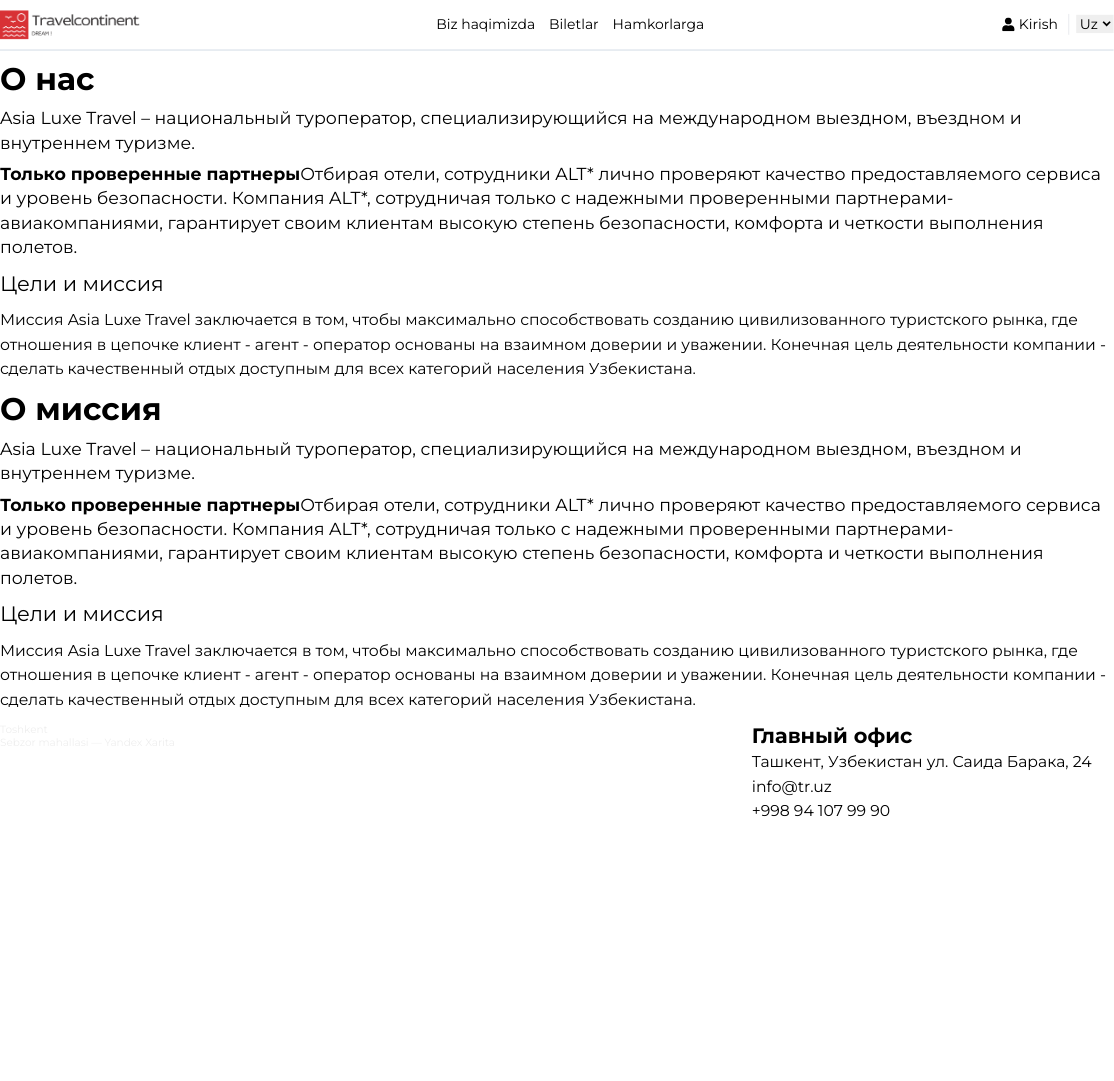
Repository: ziyodbek0300/avia-sales_
Page: /about-us
An editor plug-in stored every save of this project. The page is shown before and after the next save, followed by the edit.
The browser window is 1280 px wide. The pictures show the whole page, at 87% of full size.
The project was rebuilt for these pictures with package versions that can differ from the ones it lists, and the page was loaded fresh each time. Also part of the build but not shown: src/containers/home/Home.jsx.

Above is the page before, as saved 2022-06-04 00:53:35.

### src/index.js
import React from 'react';
import ReactDOM from 'react-dom/client';
import './index.scss';
import App from './App';
import { BrowserRouter } from 'react-router-dom';

// Import the functions you need from the SDKs you need
import { initializeApp } from "firebase/app";

const firebaseConfig = {
  apiKey: "AIzaSyCh8iVwHAk4edTRMCTfsixFgQGgbxiQ__o",
  authDomain: "travelcontinent-6deec.firebaseapp.com",
  projectId: "travelcontinent-6deec",
  storageBucket: "travelcontinent-6deec.appspot.com",
  messagingSenderId: "267962106998",
  appId: "1:267962106998:web:0326271bfbdab5676e8b57"
};

// Initialize Firebase
const app = initializeApp(firebaseConfig);
const root = ReactDOM.createRoot(document.getElementById('root'));
root.render(
  <React.StrictMode>
    <BrowserRouter>
      <App />
    </BrowserRouter>
  </React.StrictMode>
)

### src/index.scss
@tailwind base;
@tailwind components;
@tailwind utilities;
// font by google fonts
@import url('https://fonts.googleapis.com/css2?family=Montserrat:ital,wght@0,100;0,200;0,300;0,400;0,500;0,600;0,700;0,800;0,900;1,100;1,200;1,300;1,400;1,500;1,600;1,700;1,800;1,900&display=swap');

* {
  font-family: 'Montserrat', sans-serif;
}

code {
  font-family: source-code-pro, Menlo, Monaco, Consolas, 'Courier New',
    monospace;
}

.card-filter-courses {
  top: 5rem !important;
}

.card {
  grid-row: 1 / 3;
  background-size: cover;
  background-repeat: no-repeat;
}

/*main courses */
.main-courses {
  display: grid;
  grid-template-columns: 1fr 1fr;
  grid-template-rows: 10rem 10rem;
  grid-gap: 1rem;
}

.main-courses div:first-child {
  grid-row: 1 / 3;
}

.main-courses div {
  background-repeat: no-repeat;
  background-size: cover;
  background-image: linear-gradient(rgba(0, 0, 0, 0.1), rgba(0, 0, 0, 0.1));
  color: #fff;
}

.bg-custom {
  background: #f4f8fa !important;
}

### src/App.js
import { Route, Routes } from "react-router-dom";
import Navbar from "./components/navbar/Navbar";
import About from "./containers/about/About";
import Home from "./containers/home/Home";

function App() {
  return (
    <div>
      <Navbar />
      <Routes>
        <Route path="/" element={<Home />} />
        <Route path="/about-us" element={<About />} />
      </Routes>
    </div>
  );
}

export default App;

### src/components/navbar/Navbar.jsx
import React from 'react'
import { FaUser } from 'react-icons/fa';
import { NavLink } from 'react-router-dom';
import Logo from '../../static/images/logo.png'

function Navbar() {
    return (
        <div className='border-b border-b-slate-300 py-3'>
            <nav className=' flex justify-between items-center max-w-7xl mx-auto'>
                <div className="logo">
                    <img src={Logo} className="w-40" alt="logo" />
                </div>
                <ul className='flex gap-4'>
                    <li>
                        <NavLink to='/about-us'>Biz haqimizda</NavLink>
                    </li>
                    <li>Biletlar</li>
                    <li>Hamkorlarga</li>
                </ul>
                <ul className='flex gap-2'>
                    <li className='flex items-center border-r pr-3'>
                        <FaUser />&nbsp;Kirish
                    </li>
                    <li>
                        <select name="lang" id="lang" className='border-slate-500'>
                            <option value="uz">Uz</option>
                            <option value="uz">Ru</option>
                            <option value="uz">En</option>
                        </select>
                    </li>
                </ul>
            </nav>
        </div>
    )
}

export default Navbar

### src/containers/about/About.jsx
import React from 'react'

function About() {
    return (
        <div className='max-w-7xl mx-auto'>
            <div className='my-3'>
                <p className='text-4xl font-bold mb-3'>О нас</p>
                <p className='text-xl mb-2'>
                    Asia Luxe Travel – национальный туроператор, специализирующийся на международном выездном, въездном и внутреннем туризме.
                </p>
                <p className='text-xl'>
                    <b>Только проверенные партнеры</b>
                    Отбирая отели, сотрудники ALT* лично проверяют качество предоставляемого сервиса и уровень безопасности. Компания ALT*, сотрудничая только с надежными проверенными партнерами-авиакомпаниями, гарантирует своим клиентам высокую степень безопасности, комфорта и четкости выполнения полетов.
                </p>
                <p className='text-2xl font-normal my-3'>Цели и миссия</p>
                <p className='text-lg'>
                    Миссия Asia Luxe Travel заключается в том, чтобы максимально способствовать созданию цивилизованного туристского рынка, где отношения в цепочке клиент - агент - оператор основаны на взаимном доверии и уважении. Конечная цель деятельности компании - сделать качественный отдых доступным для всех категорий населения Узбекистана.
                </p>
            </div>
            <div className='my-3'>
                <p className='text-4xl font-bold mb-3'>О миссия</p>
                <p className='text-xl mb-2'>
                    Asia Luxe Travel – национальный туроператор, специализирующийся на международном выездном, въездном и внутреннем туризме.
                </p>
                <p className='text-xl'>
                    <b>Только проверенные партнеры</b>
                    Отбирая отели, сотрудники ALT* лично проверяют качество предоставляемого сервиса и уровень безопасности. Компания ALT*, сотрудничая только с надежными проверенными партнерами-авиакомпаниями, гарантирует своим клиентам высокую степень безопасности, комфорта и четкости выполнения полетов.
                </p>
                <p className='text-2xl font-normal my-3'>Цели и миссия</p>
                <p className='text-lg'>
                    Миссия Asia Luxe Travel заключается в том, чтобы максимально способствовать созданию цивилизованного туристского рынка, где отношения в цепочке клиент - агент - оператор основаны на взаимном доверии и уважении. Конечная цель деятельности компании - сделать качественный отдых доступным для всех категорий населения Узбекистана.
                </p>
            </div>
            <div className='my-3 grid grid-cols-3 gap-4'>
                <div className='col-start-1 col-end-3 w-full' style={{ position: "relative", overflow: "hidden" }}><a className='w-full' href="https://yandex.com/maps/10335/tashkent/?utm_medium=mapframe&utm_source=maps" style={{ color: "#eee", fontSize: "12px", position: "absolute", top: "0px" }}>Toshkent</a><a href="https://yandex.com/maps/10335/tashkent/?ll=69.252730%2C41.330730&mode=whatshere&utm_medium=mapframe&utm_source=maps&whatshere%5Bpoint%5D=69.248940%2C41.333729&whatshere%5Bzoom%5D=14.18&z=14.18" style={{ color: "#eee", fontSize: "12px", position: "absolute", top: "14px" }} className="w-full">Sebzor mahallasi — Yandex Xarita</a><iframe className='w-full' src="https://yandex.com/map-widget/v1/-/CCUJu-CGwD" width="560" height="400" frameBorder="1" allowFullScreen={true} style={{ position: "relative" }}></iframe></div>
                <div className='flex flex-col'>
                    <p className='text-2xl font-bold'>Главный офис</p>
                    <p className='text-lg'>Ташкент, Узбекистан ул. Саида Барака, 24</p>
                    <p className='text-lg'>info@tr.uz</p>
                    <p className='text-lg'>+998 94 107 99 90</p>
                </div>
            </div>
        </div>
    )
}

export default About

Loaded but not shown: public/index.html (common file); tailwind.config.js (common file)

After the next save:
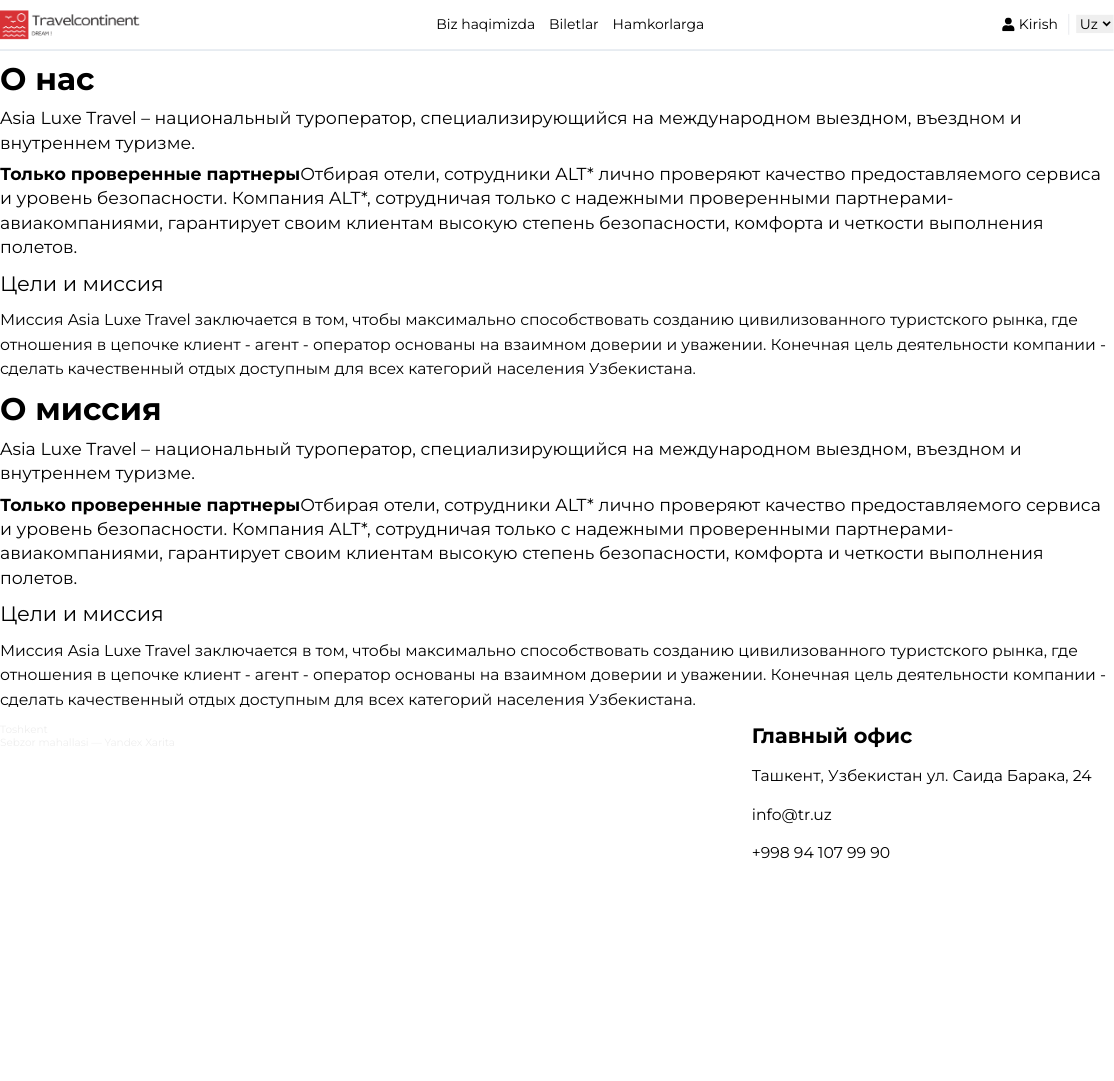
Saved 9 s later.
--- a/src/containers/about/About.jsx
+++ b/src/containers/about/About.jsx
@@ -33,7 +33,7 @@
             </div>
             <div className='my-3 grid grid-cols-3 gap-4'>
                 <div className='col-start-1 col-end-3 w-full' style={{ position: "relative", overflow: "hidden" }}><a className='w-full' href="https://yandex.com/maps/10335/tashkent/?utm_medium=mapframe&utm_source=maps" style={{ color: "#eee", fontSize: "12px", position: "absolute", top: "0px" }}>Toshkent</a><a href="https://yandex.com/maps/10335/tashkent/?ll=69.252730%2C41.330730&mode=whatshere&utm_medium=mapframe&utm_source=maps&whatshere%5Bpoint%5D=69.248940%2C41.333729&whatshere%5Bzoom%5D=14.18&z=14.18" style={{ color: "#eee", fontSize: "12px", position: "absolute", top: "14px" }} className="w-full">Sebzor mahallasi — Yandex Xarita</a><iframe className='w-full' src="https://yandex.com/map-widget/v1/-/CCUJu-CGwD" width="560" height="400" frameBorder="1" allowFullScreen={true} style={{ position: "relative" }}></iframe></div>
-                <div className='flex flex-col'>
+                <div className='flex flex-col gap-4'>
                     <p className='text-2xl font-bold'>Главный офис</p>
                     <p className='text-lg'>Ташкент, Узбекистан ул. Саида Барака, 24</p>
                     <p className='text-lg'>info@tr.uz</p>
